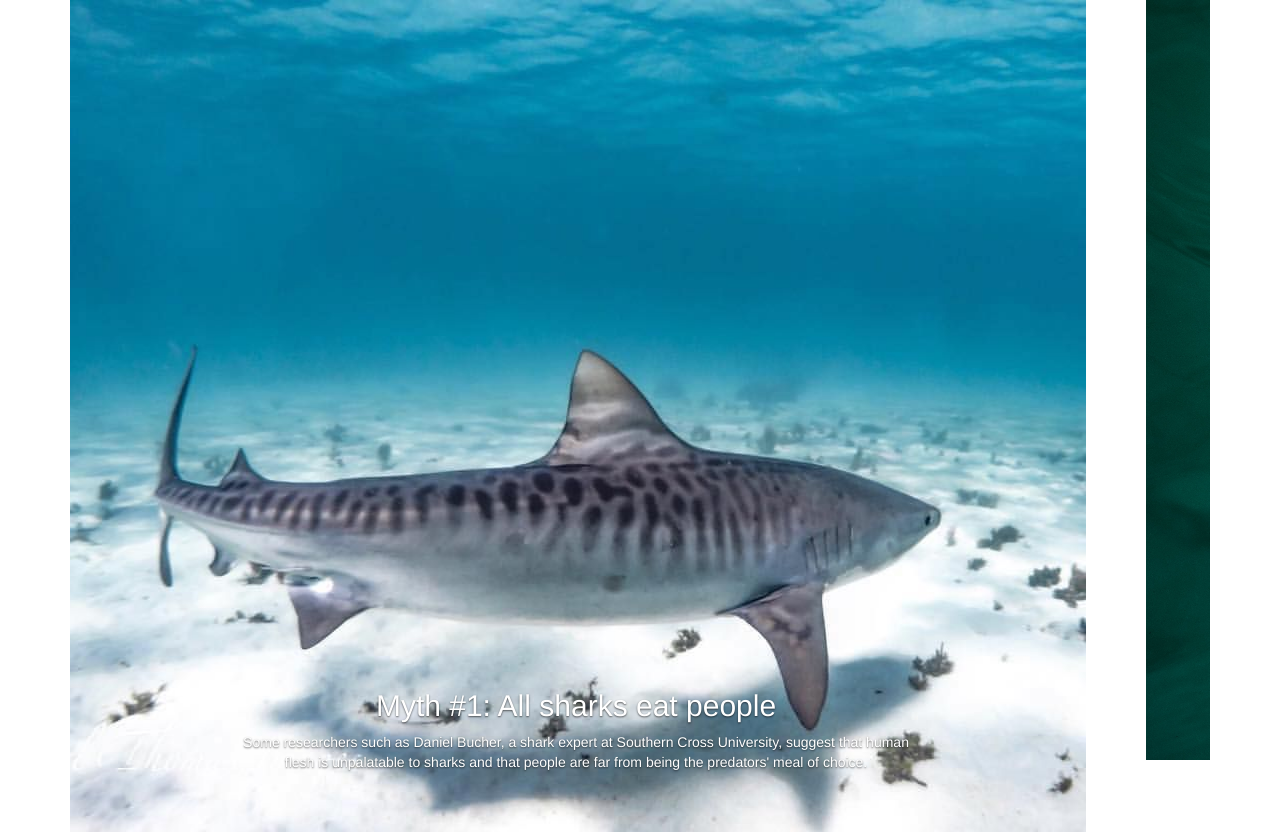
Repository: lacey-crenshaw/carousel
Page: index.html
These files come from the project's save history. The page is drawn as it stood at one moment and after the next save; the edit follows.
The browser window is 1280 px wide. The pictures show the whole page.

Above is the page before, as saved 2020-02-16 17:39:26.

After the next save:
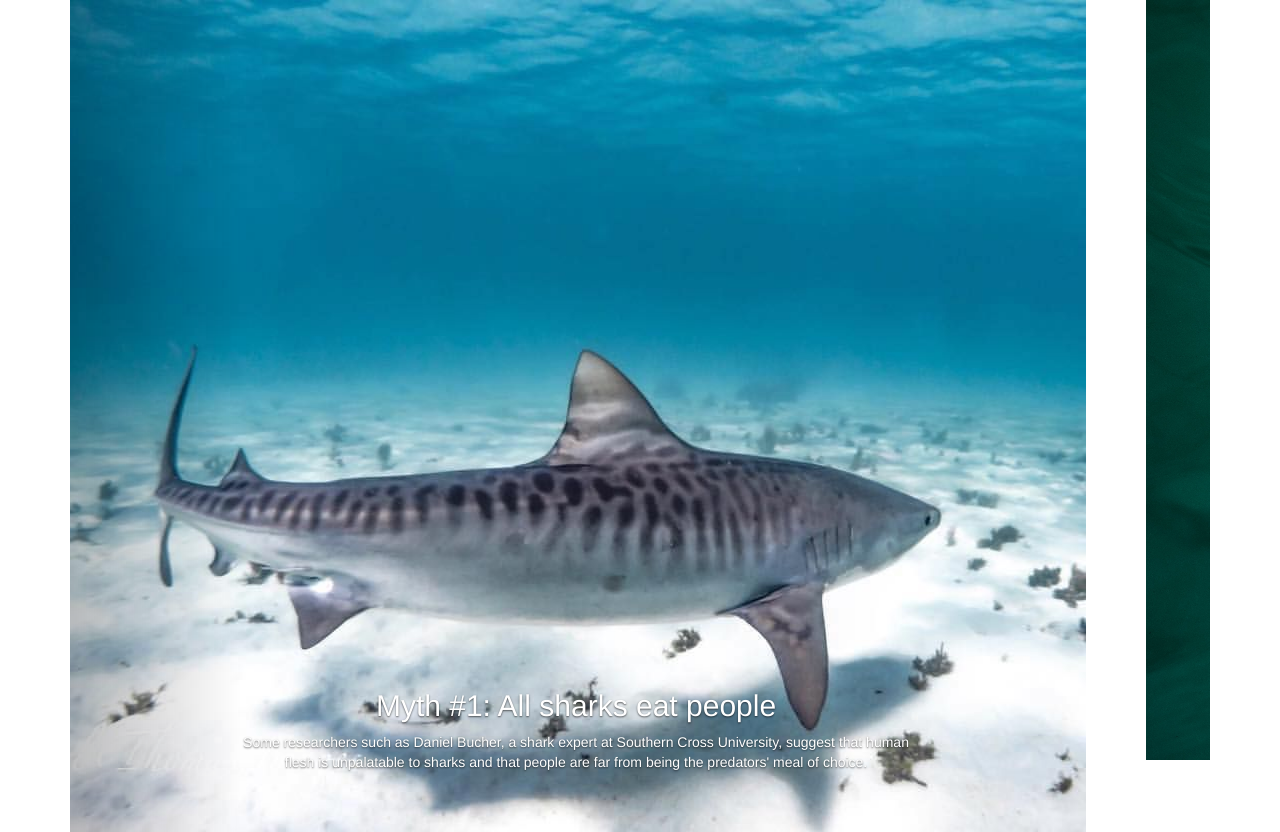
Saved 2 min 42 s later.
--- a/index.html
+++ b/index.html
@@ -77,7 +77,9 @@
                     </div>
 
                     <!-- controls for next and previous buttons -->
+                <a class="left carousel-control" href="#my-slider">
 
+                </a>
 
 
                 </div>
